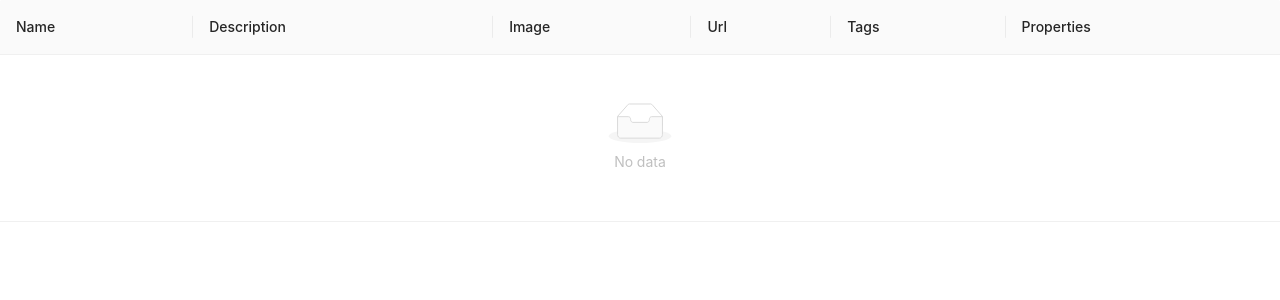
Repository: nitpfy/vote-applet
Page: / (app in table/)
An editor plug-in stored every save of this project. The page is shown before and after the next save, followed by the edit.
The browser window is 1280 px wide. The pictures show the whole page.
The page's requests for data from a server got no answer. The project was rebuilt for these pictures with package versions that can differ from the ones it lists, and the page was loaded fresh each time. No one was signed in, and anything a server would have sent is missing.

Above is the page before, as saved 2022-01-20 00:00:58.

### table/public/index.html
<!DOCTYPE html>
<html lang="en">
  <head>
    <meta charset="utf-8" />
    <meta name="viewport" content="width=device-width, initial-scale=1" />
    <meta name="theme-color" content="#000000" />
    <meta
      name="description"
      content="Web site created using create-react-app"
    />

    <title>Table</title>
  </head>
  <body>
    <noscript>You need to enable JavaScript to run this app.</noscript>
    <div id="root"></div>
  </body>
</html>

### table/src/App.js
import React, { memo, useEffect, useState } from 'react';
import 'antd/dist/antd.css';
import { Table, Tag, Space } from 'antd';
import {useAxios} from './hooks'

export default memo(function App() {
  const {data,loading,error} = useAxios({url:'http://www.mocky.io/v2/5ea28891310000358f1ef182'})
  const [datas, setdatas] = useState()
  useEffect(()=>{
    setdatas(data?.apis.map((it,idx)=>({...it,key:idx})))
  },[data])
  if(loading) return loading
  if(error) console.log('error:',error);

  console.log('datas:',datas);
  const columns = [
    {
      title: 'Name',
      dataIndex: 'name',
      key: 'name',
    },
    {
      title: 'Description',
      dataIndex: 'description',
      key: 'description',
      width:'300px',
      render: text => <p>{text}</p>,
    },
    {
      title: 'Image',
      dataIndex: 'image',
      key: 'image',
      render: img => <img src={img} alt='null'></img>,
    },
    {
      title: 'Url',
      dataIndex: 'baseURL',
      key: 'url',
      render: url => <a href={url}>链接</a>,
    },
    {
      title: 'Tags',
      key: 'tags',
      dataIndex: 'tags',
      render: tags => (
        <>
          {tags.map(tag => {
            let color = tag.length > 5 ? 'geekblue' : 'green';
            return (
              <Tag color={color} key={tag}>
                {tag.toUpperCase()}
              </Tag>
            );
          })}
        </>
      ),
    },
    {
      title: 'Properties',
      key: 'properties',
      render: (text, record) => (
        <Space size="middle">
          <a>Invite {record.name}</a>
        </Space>
      ),
    },
  ];
  return (
  <div>
    <Table columns={columns} dataSource={datas} />
  </div>
  );
});

### table/src/hooks.js
import React, { memo, useEffect,useState } from 'react';
import axios from 'axios';

export function useAxios(config){
  const [data, setdata] = useState()
  const [loading, setloading] = useState(true)
  const [error, seterror] = useState()
  const [i, setI] = useState(0)
  useEffect(() => {
    const CancelToken = axios.CancelToken
    const source = CancelToken.source()
    var req = axios({
      ...config,
      cancelToken: source.token,
    })
    req.then(res=>{
      setdata(res.data)
      setloading(false)
    }).catch(e=>{
      seterror('400:',e.toString())
      setloading(false)
    })
    return () => source.cancel()
  }, [config.url,i])
  function update(){
    setI(i+1)
  }
  return {data,loading,error,update}
}

Loaded but not shown: table/src/index.js (common file)

After the next save:
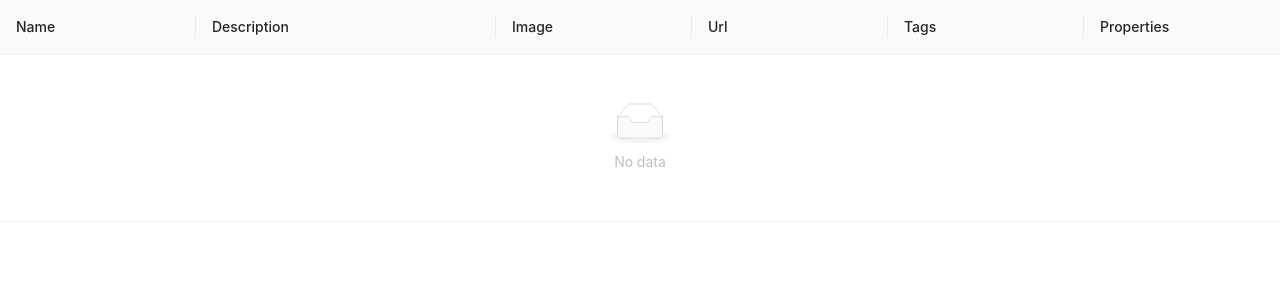
Saved 5 min 35 s later.
--- a/table/src/App.js
+++ b/table/src/App.js
@@ -24,6 +24,7 @@
       dataIndex: 'description',
       key: 'description',
       width:'300px',
+      ellipsis:true,
       render: text => <p>{text}</p>,
     },
     {
@@ -67,7 +68,12 @@
   ];
   return (
   <div>
-    <Table columns={columns} dataSource={datas} />
+    <Table columns={columns} dataSource={datas} onRow={record => {
+    return {
+      onMouseEnter: e => {e.ellipsis=false}, // 鼠标移入行
+      onMouseLeave: e => {e.ellipsis=true},
+    };
+  }}/>
   </div>
   );
 });

After the 4 saves that followed:
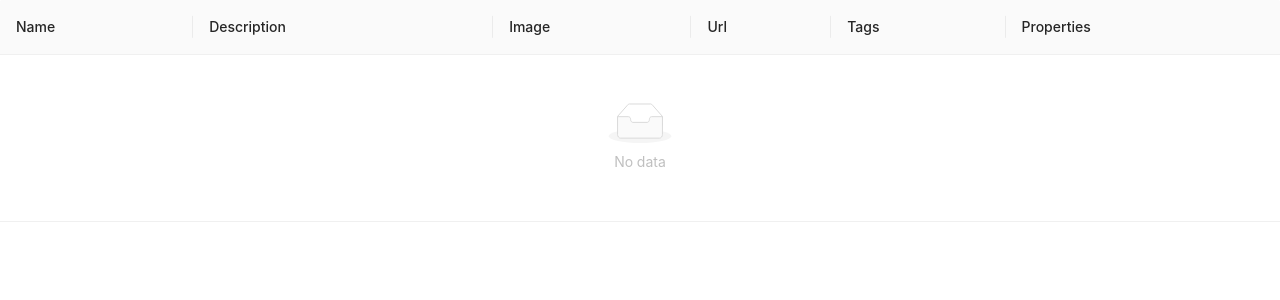
The 4 saves are shown as one change because 3 left the picture as it was.
The last was saved 5 min 54 s later.
--- a/table/src/App.js
+++ b/table/src/App.js
@@ -24,7 +24,7 @@
       dataIndex: 'description',
       key: 'description',
       width:'300px',
-      ellipsis:true,
+      // ellipsis:true,
       render: text => <p>{text}</p>,
     },
     {
@@ -70,8 +70,8 @@
   <div>
     <Table columns={columns} dataSource={datas} onRow={record => {
     return {
-      onMouseEnter: e => {e.ellipsis=false}, // 鼠标移入行
-      onMouseLeave: e => {e.ellipsis=true},
+      // onMouseEnter: e => {e.target.ellipsis=false}, // 鼠标移入行
+      // onMouseLeave: e => {console.log(e);},
     };
   }}/>
   </div>
